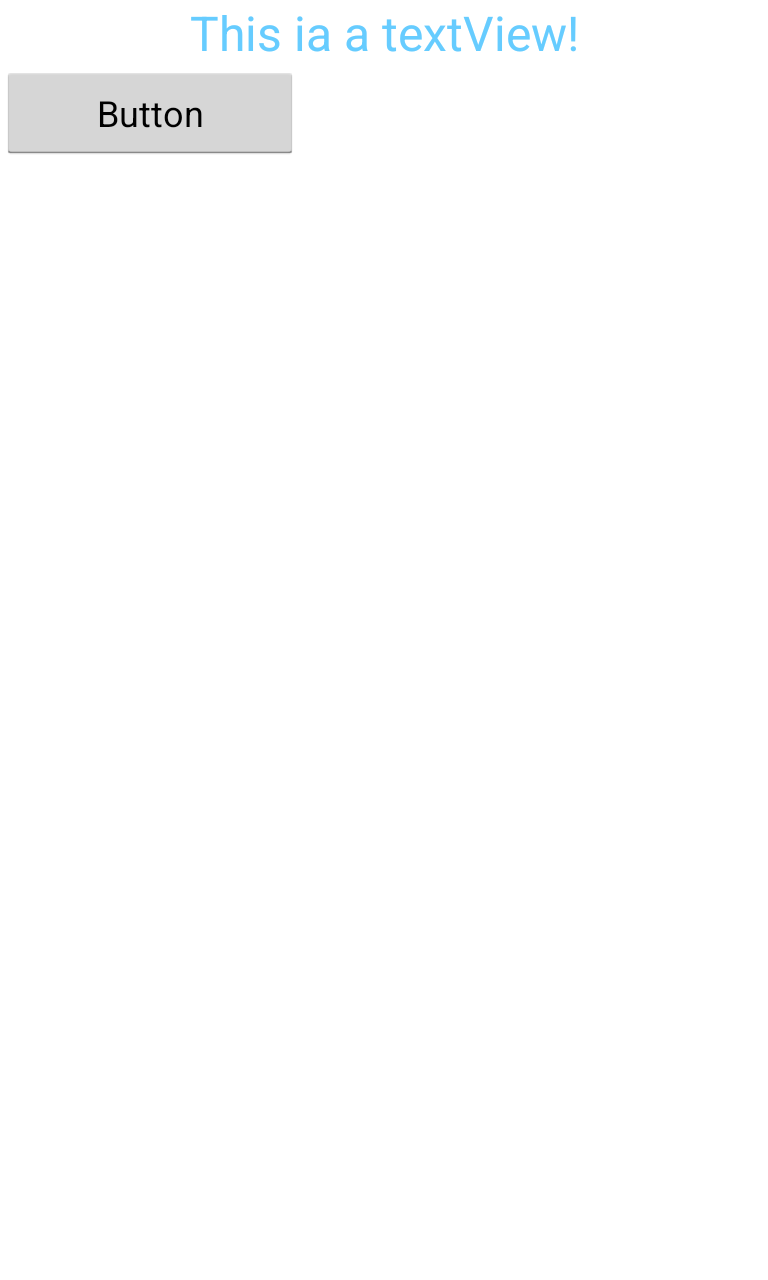
Repository: Ollyder/eclipse_work
Layout: UIWidgetTest/res/layout/activity_main.xml
The author's editor kept a copy of each file at every save. The layout is drawn from the files as they stood at one save, then again after the next save.
It is drawn on a 768 x 1280 px phone screen (xhdpi) without system bars, with theme AppTheme; the app's code is not run.

Above is the layout before, as saved 2017-05-27 01:50:15.

After the next save:
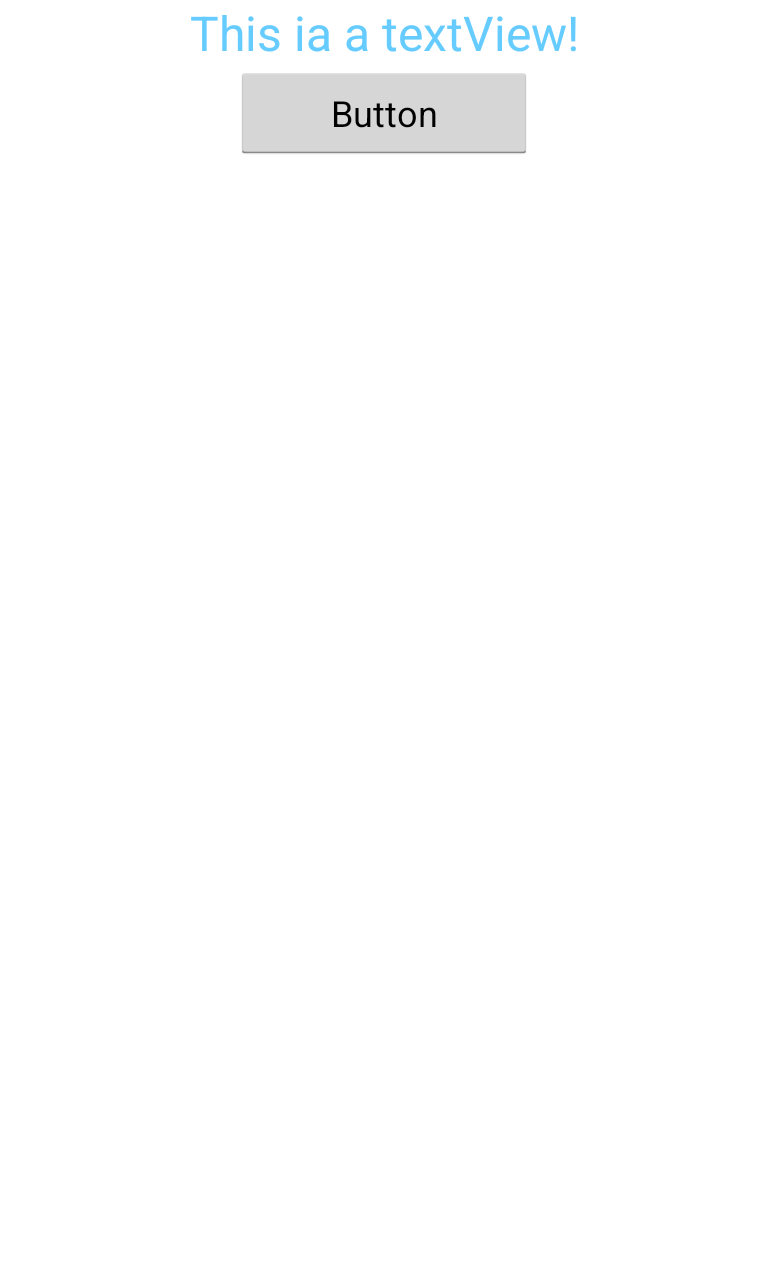
Saved 20 s later.
--- a/UIWidgetTest/res/layout/activity_main.xml
+++ b/UIWidgetTest/res/layout/activity_main.xml
@@ -17,5 +17,5 @@
         android:layout_width="150sp"
         android:layout_height="wrap_content"
         android:text="Button"
-        android:layout_gravitr="center" />
+        android:layout_gravity="center" />
 </LinearLayout>
